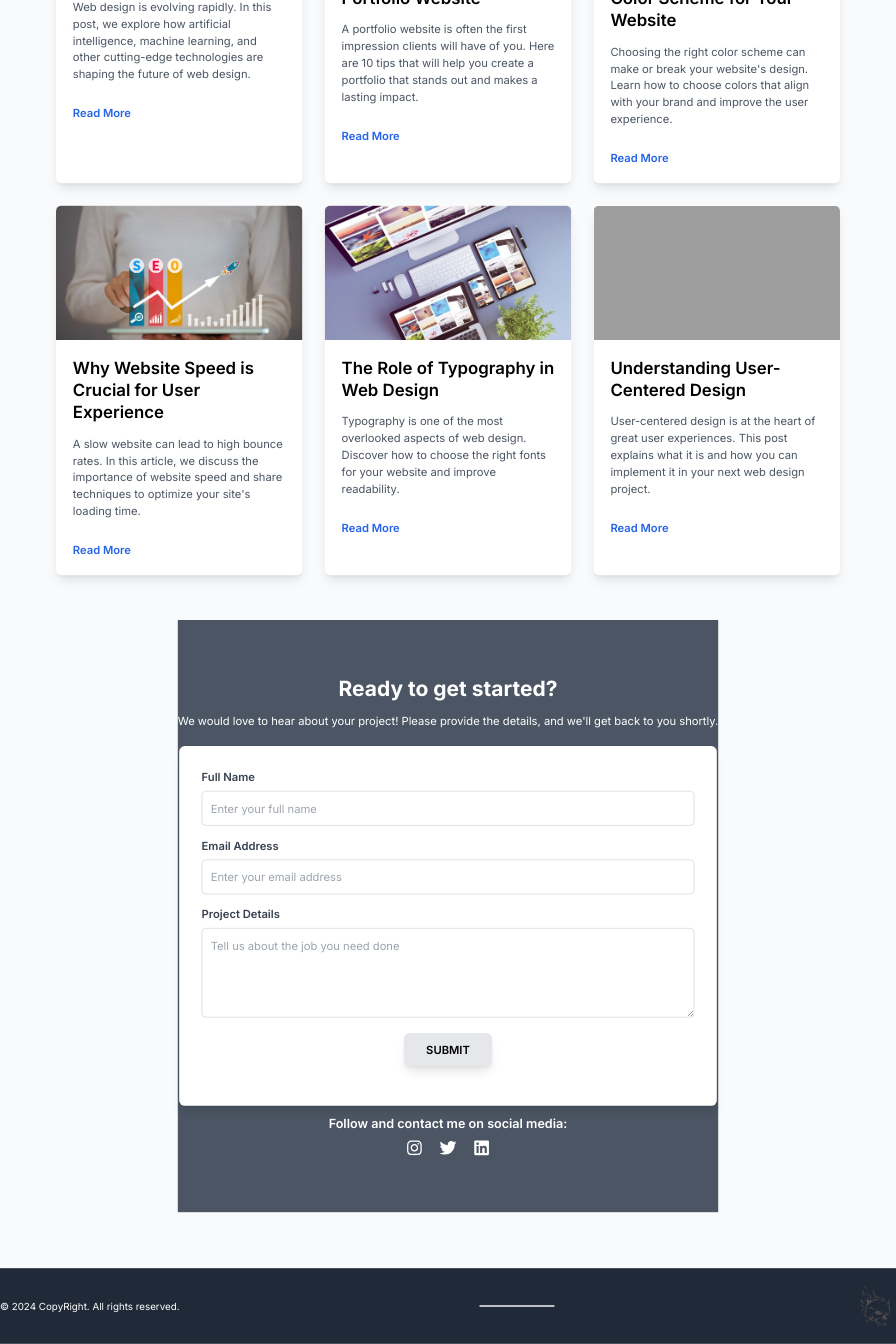
Repository: TheSecretlifeOfX/landing1
Page: /
An editor plug-in stored every save of this project. The page is shown before and after the next save, followed by the edit.
The browser window is 1280 px wide. The pictures show the part of the page from y = 2974 to 4894 px (the page is 4894 px tall before and 4814 px after), at 70% of full size.
Pictures or frames that could not be fetched are drawn as grey boxes. The project was rebuilt for these pictures with package versions that can differ from the ones it lists, and the page was loaded fresh each time. The framework's server and built-in components were replaced by stand-ins that run in the browser. Also part of the build but not shown: next.config.js.

Above is the page before, as saved 2024-11-16 08:48:43.

After the next save:
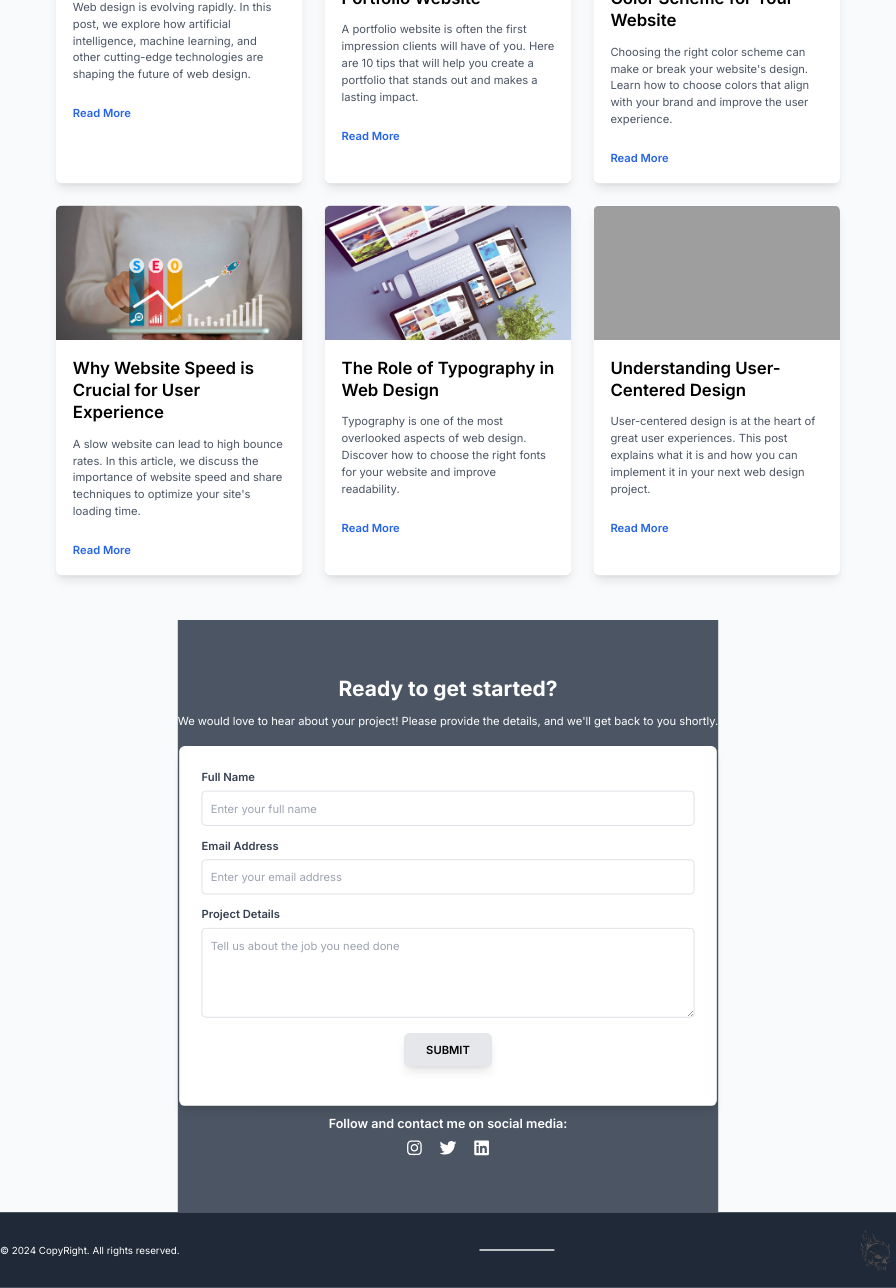
Saved 100 s later.
--- a/app/components/CallToAction.tsx
+++ b/app/components/CallToAction.tsx
@@ -3,7 +3,7 @@
 
 export default function CallToAction() {
   return (
-    <section id="contact" className="py-20 text-center bg-gray-600 text-white mt-[-90] mb-20">
+    <section id="contact" className="py-20 text-center bg-gray-600 text-white mt-[-90] mb-90">
       <h2 className="text-3xl font-bold mb-4">Ready to get started?</h2>
       <p className="mb-6">We would love to hear about your project! Please provide the details, and we'll get back to you shortly.</p>
 

After the save that followed:
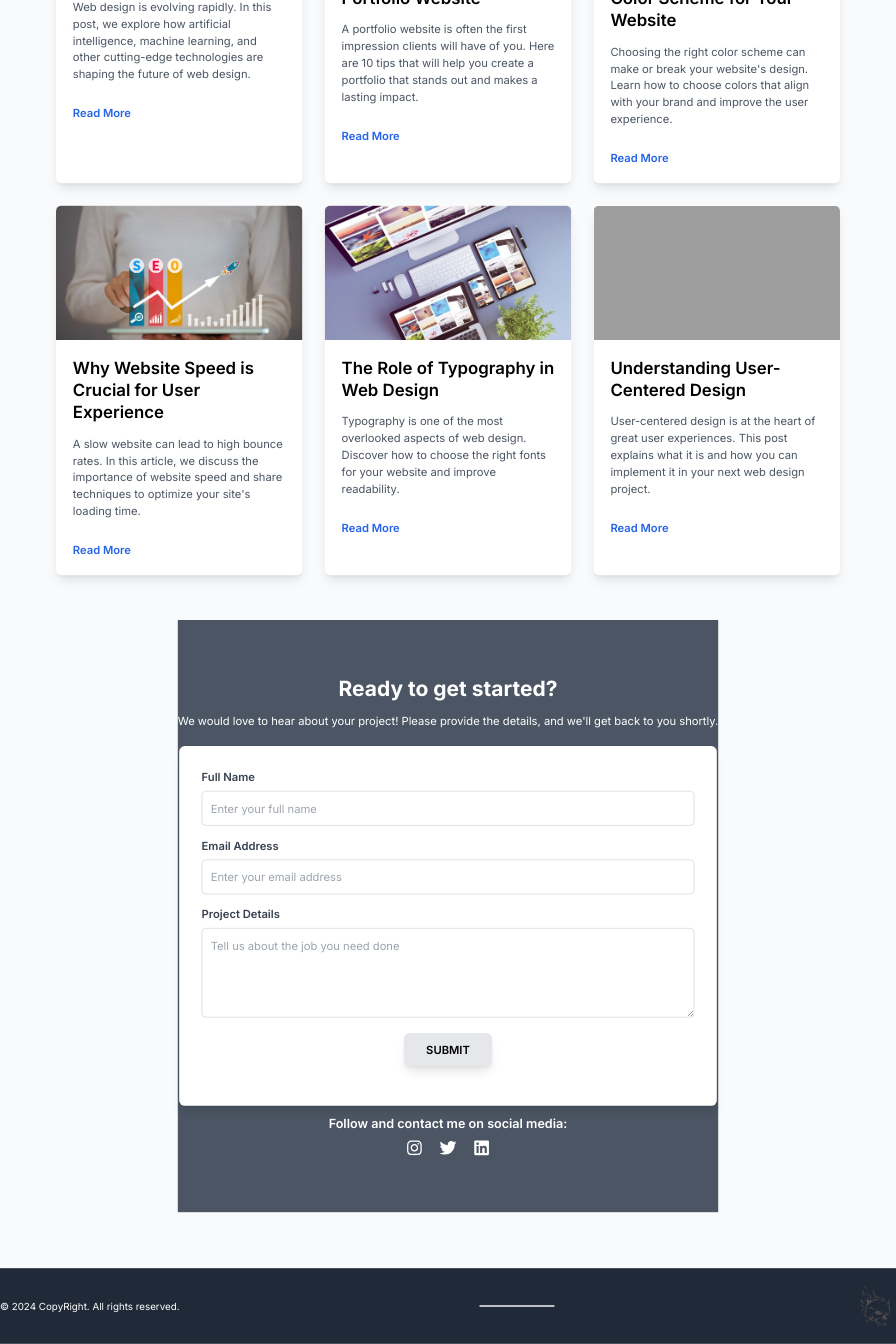
Saved 9 s later.
--- a/app/components/CallToAction.tsx
+++ b/app/components/CallToAction.tsx
@@ -3,7 +3,7 @@
 
 export default function CallToAction() {
   return (
-    <section id="contact" className="py-20 text-center bg-gray-600 text-white mt-[-90] mb-90">
+    <section id="contact" className="py-20 text-center bg-gray-600 text-white mt-[-90] mb-20">
       <h2 className="text-3xl font-bold mb-4">Ready to get started?</h2>
       <p className="mb-6">We would love to hear about your project! Please provide the details, and we'll get back to you shortly.</p>
 
